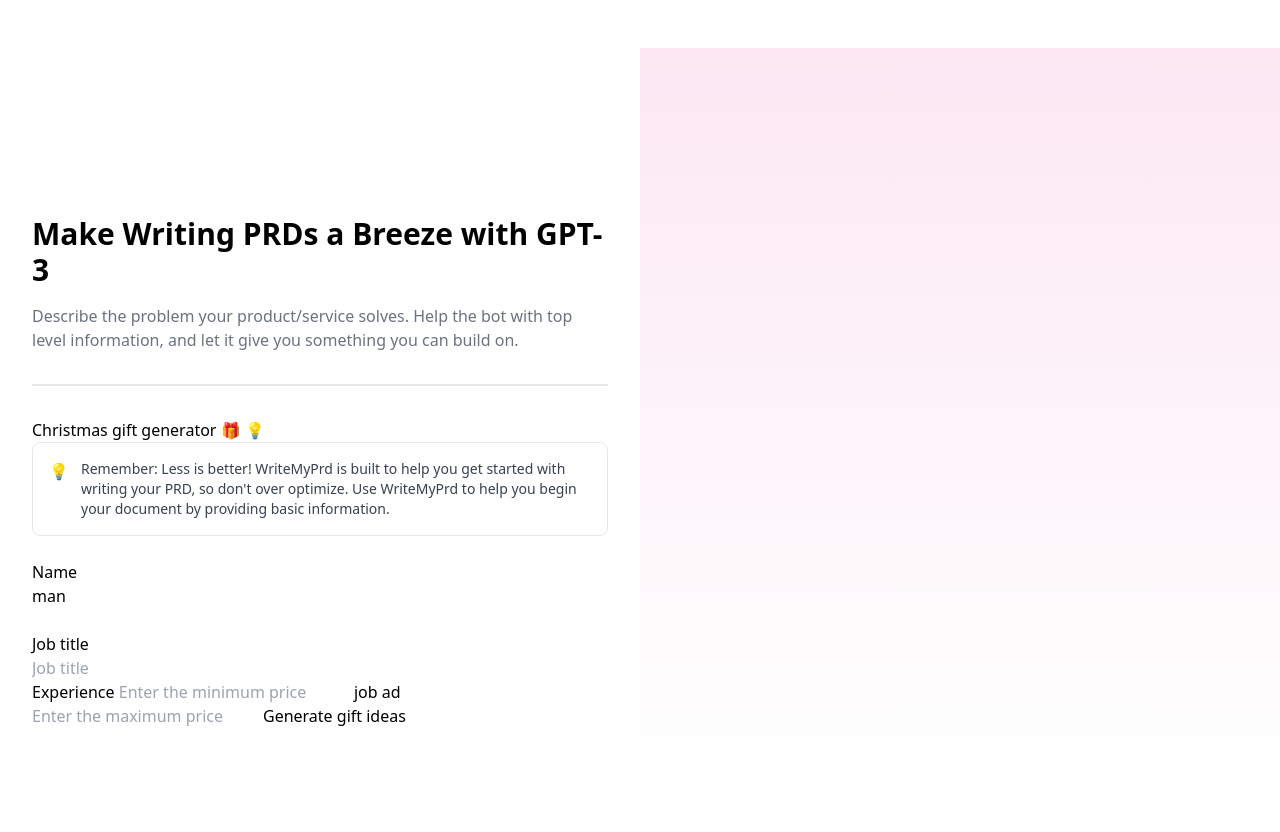
Repository: hamza-mastar/chatgpt-jpbad
Page: /
An editor plug-in stored every save of this project. The page is shown before and after the next save, followed by the edit.
The browser window is 1280 px wide. The pictures show the whole page.
The project was rebuilt for these pictures with package versions that can differ from the ones it lists, and the page was loaded fresh each time. The framework's server and built-in components were replaced by stand-ins that run in the browser.

Above is the page before, as saved 2023-01-30 04:37:44.

### pages/_app.js
import 'tailwindcss/tailwind.css'

import '../styles/globals.css'

export default function MyApp({ Component, pageProps }) {
  return <Component {...pageProps} />
}

### pages/index.js
import Head from 'next/head';
import React from 'react';
import { useState } from 'react';

import styles from './index.module.css';


// import './gifts.css'




export default function Home() {
  const [name, setName] = useState('man');
  const [job_title, setJob_title] = useState("");
  const [experience, setExperience] = useState("");
  const [job_ad, setJob_ad] = useState("");

  const [loading, setLoading] = useState(false);

  const [result, setResult] = useState('');

  async function onSubmit(event) {
    event.preventDefault();
    if (loading) {
      return;
    }
    setLoading(true);
    setResult('hamza');
    const response = await fetch('/api/generate-gifts', {
      method: 'POST',
      headers: {
        'Content-Type': 'application/json',
      },
      body: JSON.stringify({ name, job_title, experience, job_ad}),
    });
    const data = await response.json();
    setResult(data.result.replaceAll('\n', '<br />'));
    setLoading(false);
  }


  return (
    <>



    <dody class="h-full px-5 sm:px-6">
      <div class="flex relative sm:flex-col md: flex-col">

      <Head>
        <title>OpenAI Quickstart</title>
        <link rel="icon" href="/dog.png" />
      </Head>

      <main className={styles.main}>
     <div class="min-h-screen w-full lg:w-1/2 relative">
    <div class="h-full px-5 sm:px-6">
      <div class="h-full w-full max-w-xl mx-auto flex flex-col after:mt-auto after:flex-1">
        <header class="sm:flex-1 flex mb-auto sm:py-10 pt-6 items-center sm:justify-between flex-col sm:flex-row" >
          <div class="flex items-center justify-between h-24 md:h-20"> </div>

            {/* logo icone login  */}
            </header>
            <div class="flex-1 py-8">
           <div  class="mb-4" >
           <h1 class="text-3xl font-bold font-inter mb-2"> Make Writing PRDs a Breeze with GPT-3 </h1>
           <div class="text-gray-500 mt-4 mb-6"> Describe the problem your product/service solves. Help the bot with top level information, and let it give you something you can build on. </div>
           <div class="divide-y divide-gray-200 my-8 relative border"></div>





        <h3  >Christmas gift generator 🎁 💡</h3>
        <form  onSubmit={onSubmit} class="mb-12 relative">
        <div class="rounded-lg bg-white border p-4"><div class="flex"><div class="flex-shrink-0">💡</div><div class="ml-3 flex-1 md:flex md:justify-between"><p class="text-sm text-gray-700 font-medium"> Remember: Less is better! WriteMyPrd is built to help you get started with writing your PRD, so don't over optimize. Use WriteMyPrd to help you begin your document by providing basic information. </p></div></div></div>
        <div>
          <div class="py-6">
          <label >Name</label>
          <input class="form-input w-full"
            type="text"
            name="name"
            placeholder="Enter the Name"
            value={name}
            onChange={(e) => setName(e.target.value)}
          />
          </div>


          <label>Job title</label>
          <input class="form-input w-full"
            type="text"
            name="job_title"
            placeholder="Job title"
            value={job_title}
            onChange={(e) => setJob_title(e.target.value)}
          />

          <label>Experience </label>
          <input
            type="text"
            name="experience"
            placeholder="Enter the minimum price"
            value={experience}
            onChange={(e) => setExperience(e.target.value)}
          />

          <label> job ad</label>
          <input
            type="text"
            name="job_ad"
            placeholder="Enter the maximum price"
            value={job_ad}
            onChange={(e) => setJob_ad(e.target.value)}
          />



          <input type="submit" value="Generate gift ideas" />
          </div>
        </form>
        </div>
       </div>
        </div>
        </div>
          </div>

          {/* loging page ////////////////// */}

          <div class="relative lg:fixed right-0 bottom-0 lg:block lg:w-1/2 overflow-hidden sm:px-5 lg:h-full h-auto overflow-y-auto top-12">
            <div class="absolute inset-0 bg-gradient-to-b from-pink-100 to-white pointer-events-none -z-10" >
              {/* <div class="hidden md:block absolute right-0 pointer-events-none -z-10"> */}
                <div class="h-auto">
                {/* <div class="p-6 pb-0 h-[calc(100vh-6rem)]" > */}
                {/* <div class="form-textarea relative text-base w-full p-4 px-8 overflow-scroll h-[calc(100%-1rem)] shadow-2xl flex items-center justify-center" > */}
                {/* <div class="text-pink-600 font-mono text-left text-base font-semibold absolute top-4 left-4"> */}
        {loading && (
          <div>
            <h3>Looking for the best gift ideas 🎁 💡</h3>
            <img src="/loading.gif" className={styles.loading} />
          </div>



        )}
        <div class="is-typed pb-0 h-[calc(100vh-6rem)] form-textarea relative text-base w-full p-4 px-8 overflow-scroll   flex items-center justify-center "
          className={styles.result}
          dangerouslySetInnerHTML={{ __html: result }}


        />
        </div>
        </div>
        </div>
        {/* </div> */}
        {/* </div> */}
        {/* </div>
        </div> */}
      </main>
      </div>

      </dody>


    </>
  );
}
// Name Job_title Experience job_ad

### pages/index.module.css


@font-face {
  font-family: "ColfaxAI";
  src: url(https://cdn.openai.com/API/fonts/ColfaxAIRegular.woff2)
      format("woff2"),
    url(https://cdn.openai.com/API/fonts/ColfaxAIRegular.woff) format("woff");
  font-weight: normal;
  font-style: normal;
}
@font-face {
  font-family: "ColfaxAI";
  src: url(https://cdn.openai.com/API/fonts/ColfaxAIBold.woff2) format("woff2"),
    url(https://cdn.openai.com/API/fonts/ColfaxAIBold.woff) format("woff");
  font-weight: bold;
  font-style: normal;
}
/* .main,
.main input {
  font-size: 16px;
  line-height: 24px;
  color: #353740;
  font-family: "ColfaxAI", Helvetica, sans-serif;
}
.main {
  display: flex;
  flex-direction: column;
  align-items: center;
  padding-top: 60px;
}
.main .icon {
  width: 34px;
}
.main h3 {
  font-size: 32px;
  line-height: 40px;
  font-weight: bold;
  color: #202123;
  margin: 16px 0 40px;
}
.main form {
  display: flex;
  flex-direction: column;
  width: 320px;
}
.main input[type="text"] {
  padding: 12px 16px;
  border: 1px solid #10a37f;
  border-radius: 4px;
  margin-bottom: 24px;
  outline-color: #10a37f;
}
.main ::placeholder {
  color: #8e8ea0;
  opacity: 1;
}
.main input[type="submit"] {
  padding: 12px 0;
  color: #fff;
  background-color: #10a37f;
  border: none;
  border-radius: 4px;
  text-align: center;
  cursor: pointer;
}
.main .result {
  padding: 100px;
  font-weight: bold;
  margin-top: 40px;
  position:absolute;
  display: flex;
  justify-content: end;
} */

.main .loading {
  width: 50;
}

/* .main input[type="text"],
.main input[type="number"],
.main select {
  padding: 12px 16px;
  border: 1px solid #10a37f;
  border-radius: 4px;
  margin-bottom: 12px;
  margin-top: 4px;
}
.hamza {
  background-color: #10a37f;
} */






.relative {
  position: relative;
}

.nano {
  background-color: white;
  color: black;
  display: flex;
  overflow: scroll;
}

.form-textarea{
  border-width: 1px;
  --tw-border-opacity: 1;
  border-color: rgb(209 213 219 / var(--tw-border-opacity));
  --tw-bg-opacity: 1;
  background-color: rgb(255 255 255 / var(--tw-bg-opacity));
  height: 600px;
  width: 600px;
}

.texxt-base {
  font-size: 18px;
  line-height: 1.5;
  letter-spacing: -.01em;
  color: black

}
.typed {
  color: #1f2937;
  white-space: break-spaces;
  font-size: 100px;
}
@media only screen and (max-width: 600px) {
  .goho {
    width: auto;
    display: flex;
    justify-content:center ;

  }
}

Loaded but not shown: styles/globals.css (common file); tailwind.config.js (common file)

After the next save:
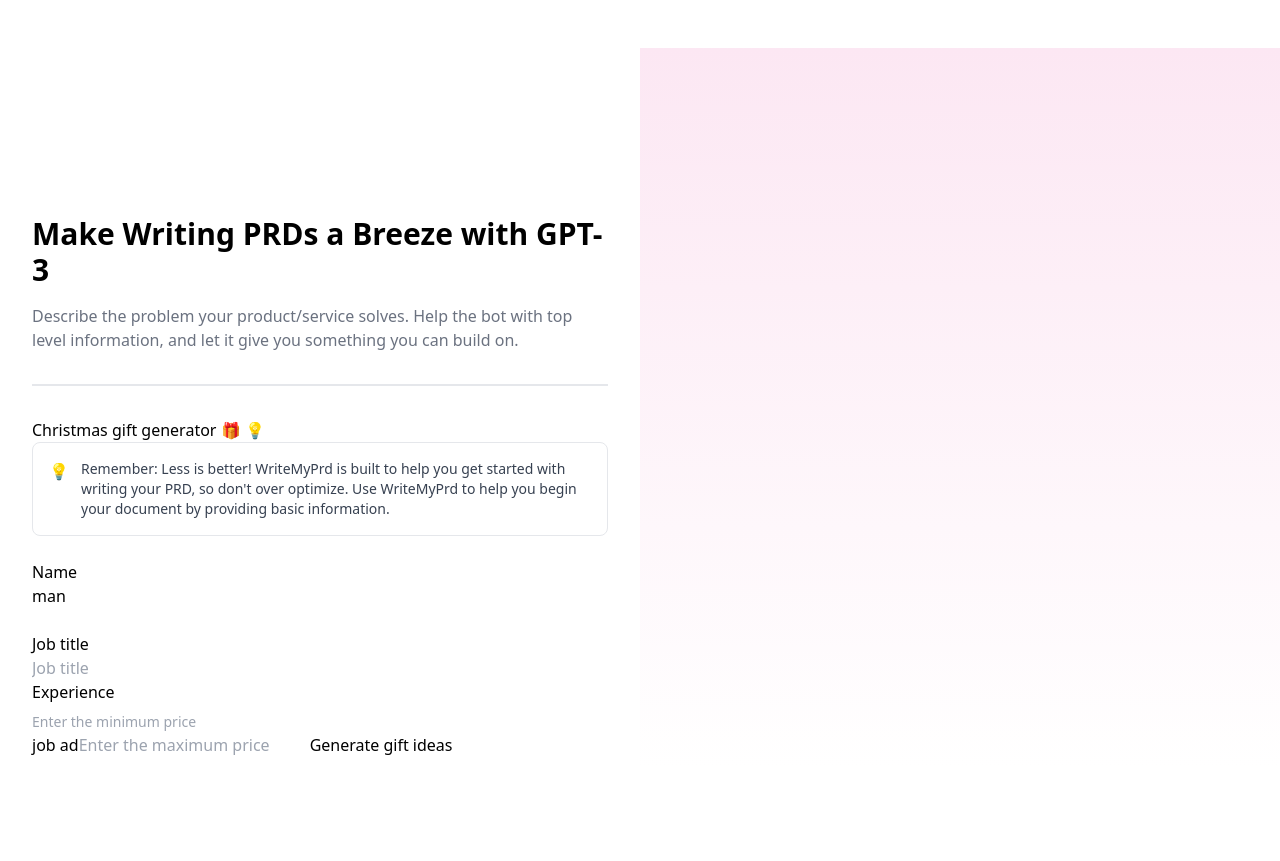
Saved 98 s later.
--- a/pages/index.js
+++ b/pages/index.js
@@ -98,8 +98,8 @@ export default function Home() {
           />
 
           <label>Experience </label>
-          <input
-            type="text"
+          <input class="form-textarea text-sm pt-2 w-full resize-none"
+            type="textarea"
             name="experience"
             placeholder="Enter the minimum price"
             value={experience}
